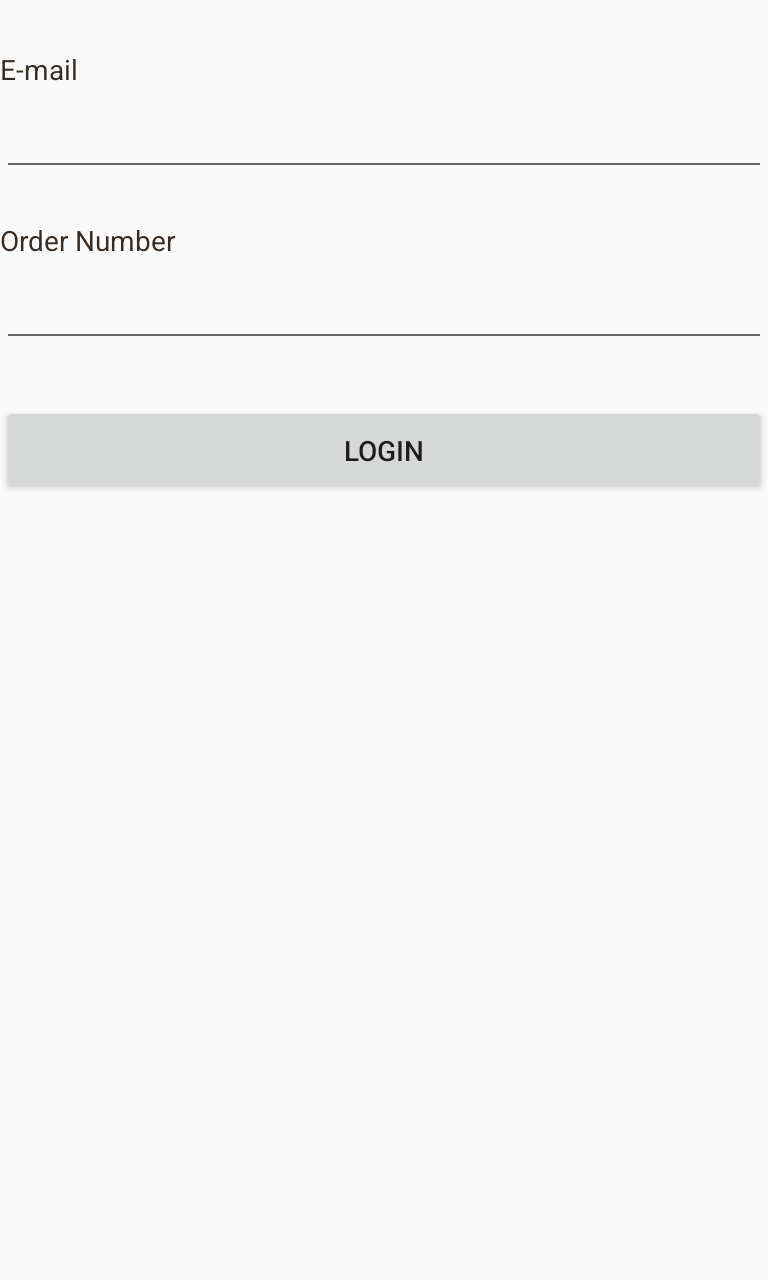
Repository: j-leon/workspace
Layout: ShorexTickets/res/layout/logscreen.xml
The author's editor kept a copy of each file at every save. The layout is drawn from the files as they stood at one save, then again after the next save.
It is drawn on a 768 x 1280 px phone screen (xhdpi) without system bars, with theme AppTheme; the app's code is not run.

Above is the layout before, as saved 2014-09-26 18:01:22.

After the next save:
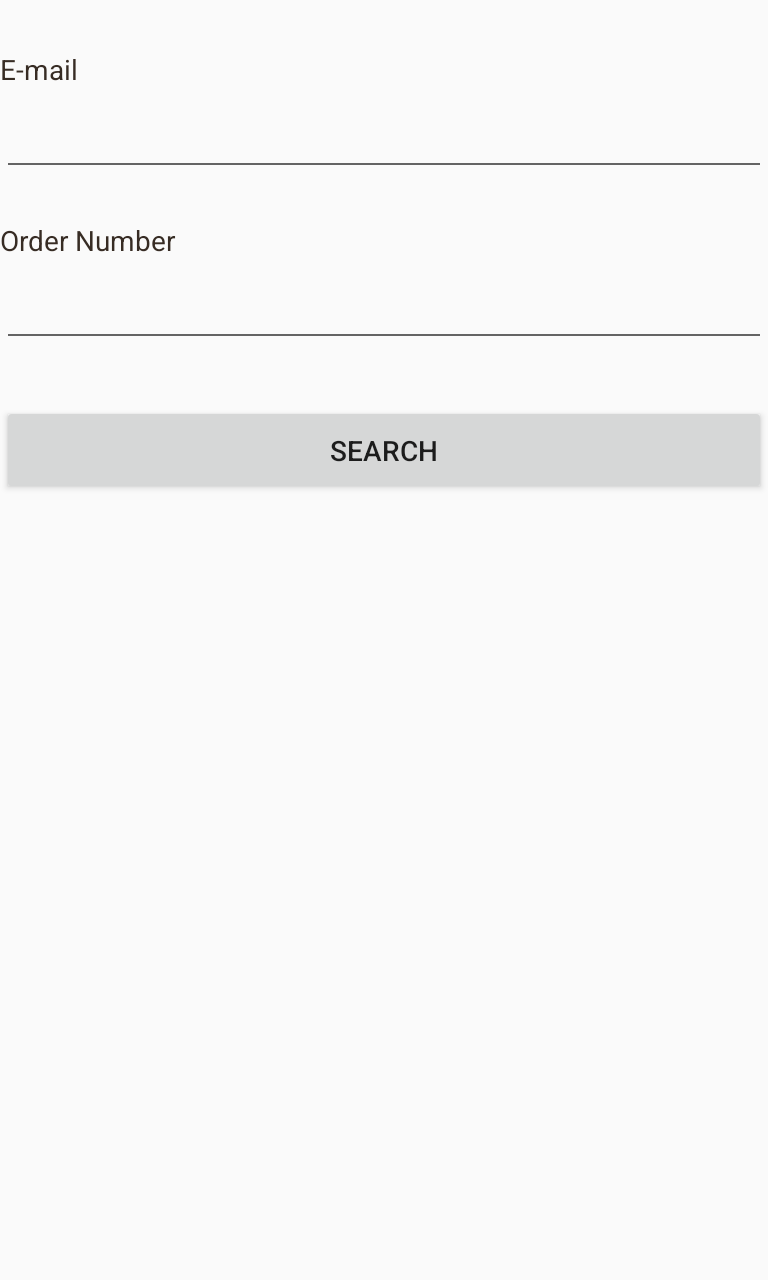
Saved 4 s later.
--- a/ShorexTickets/res/layout/logscreen.xml
+++ b/ShorexTickets/res/layout/logscreen.xml
@@ -36,7 +36,7 @@
                 android:layout_width="fill_parent"
                 android:layout_height="wrap_content"
                 android:layout_marginTop="25dip"
-                android:text="Login"
+                android:text="@string/logButton"
                 android:id="@+id/Blogin"/>
 
 </LinearLayout>
